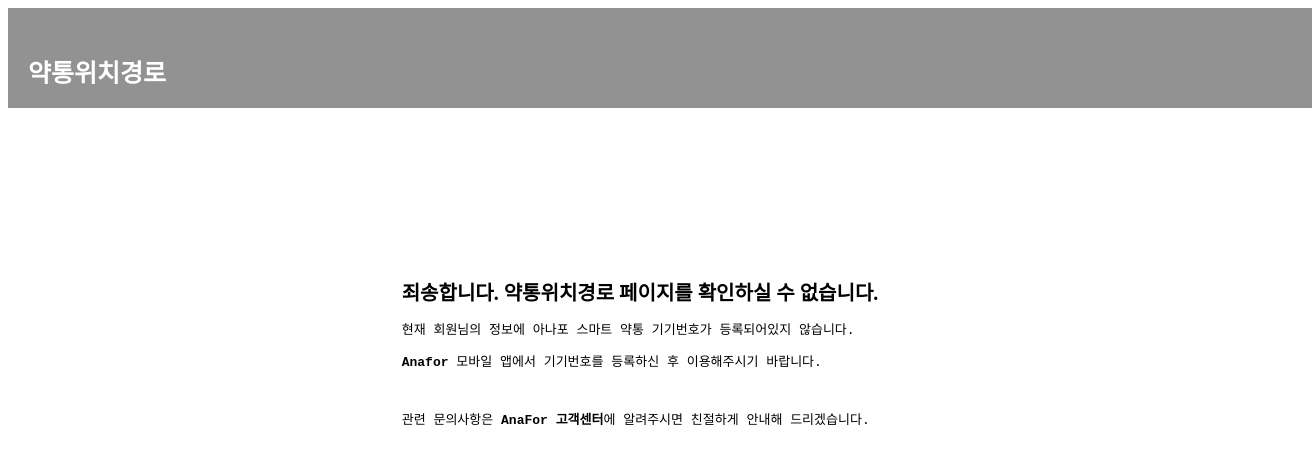
Repository: euzny/Spring-Website
Page: http://localhost/anafor/WEB-INF/views/my_info/notAccept.jsp
The author's editor kept a copy of each file at every save. The page is drawn from the files as they stood at one save, then again after the next save.
The browser window is 1280 px wide. The page is 1312 px wide, so the pictures cover 1312 px, including what lies to the right of the window. The pictures show the whole page.
The page is served by Tomcat 9. Nobody is signed in. The template is opened directly, without the code that normally fills it, so the values that code supplies are empty.

Above is the page before, as saved 2022-06-23 02:52:26.

After the next save:
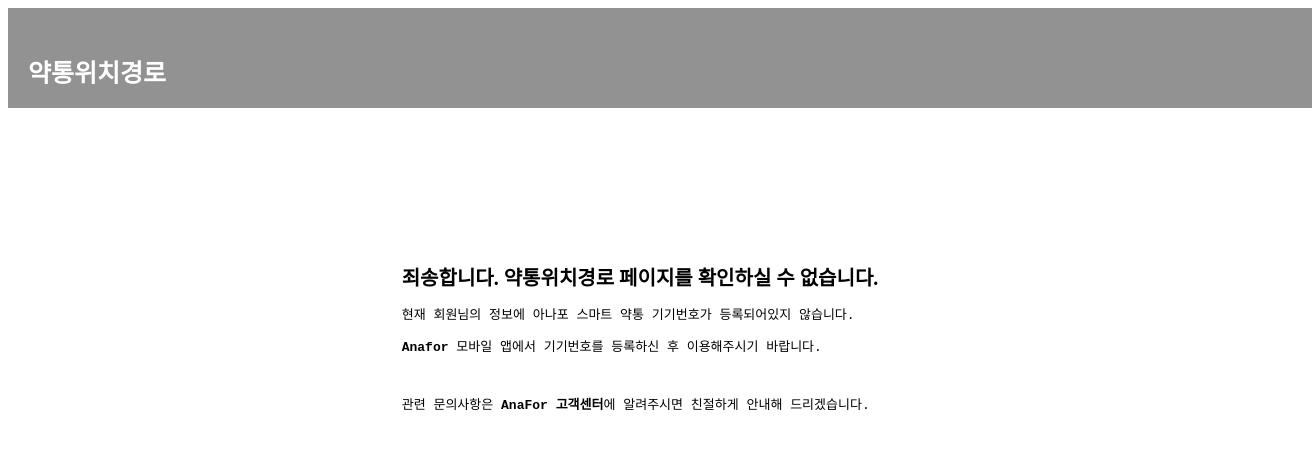
Saved 9 s later.
--- a/Workspace/anafor/src/main/webapp/WEB-INF/views/my_info/notAccept.jsp
+++ b/Workspace/anafor/src/main/webapp/WEB-INF/views/my_info/notAccept.jsp
@@ -21,7 +21,7 @@
 	}
 
 	#notice{
-		position: absolute; left: 50%; top: 48%;
+		position: absolute; left: 50%; top: 46%;
 		transform:translate(-50%, -50%);
 	}
 	#notice h3{
